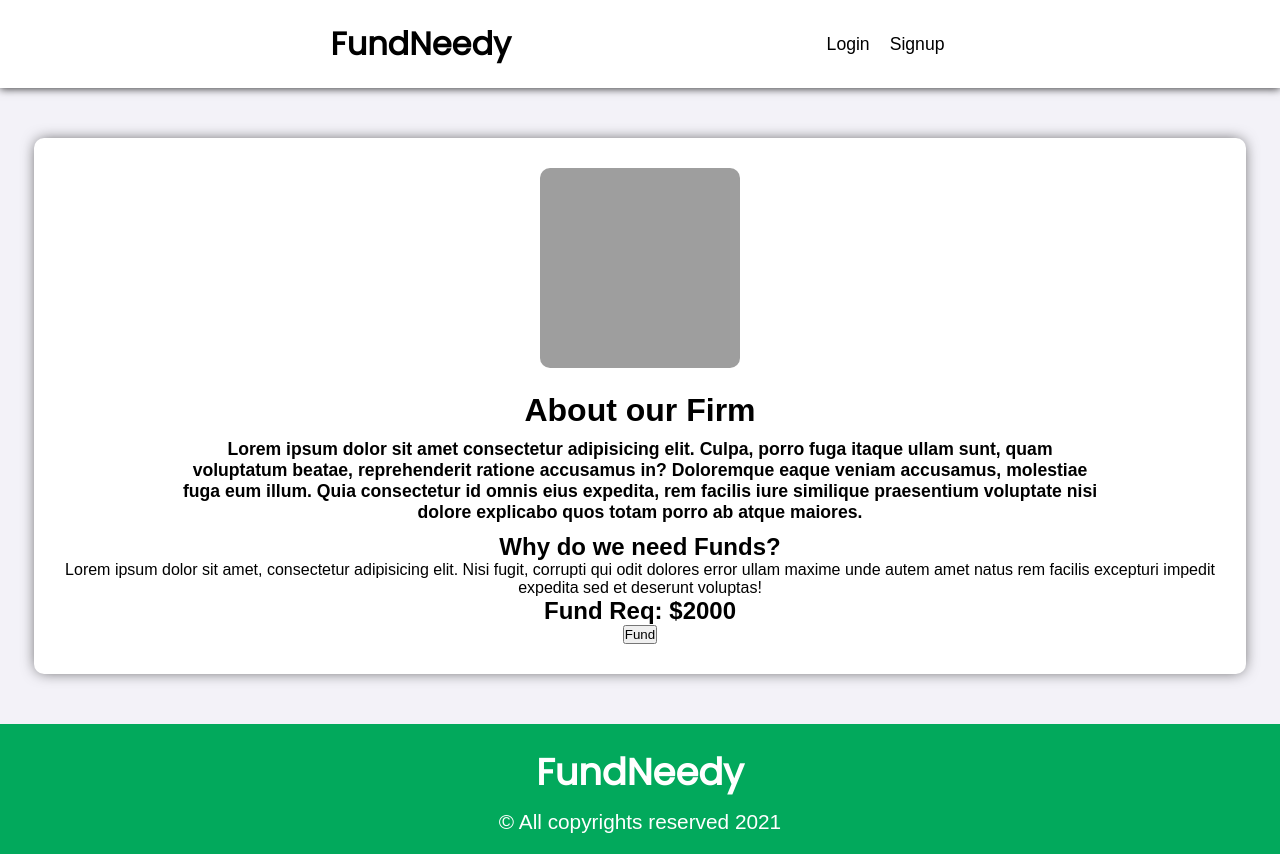
Repository: osdc/codejam
Page: /firmname (app in sassy-sandwiches/fund-needy/)
An editor plug-in stored every save of this project. The page is shown before and after the next save, followed by the edit.
The browser window is 1280 px wide. The pictures show the whole page.
Pictures or frames that could not be fetched are drawn as grey boxes. The project was rebuilt for these pictures with package versions that can differ from the ones it lists, and the page was loaded fresh each time. Also part of the build but not shown: sassy-sandwiches/fund-needy/src/Showcase.css, sassy-sandwiches/fund-needy/src/Showcase.js, sassy-sandwiches/fund-needy/src/Needies.css, sassy-sandwiches/fund-needy/src/Needy.css, sassy-sandwiches/fund-needy/src/Needy.js, sassy-sandwiches/fund-needy/src/Needies.js.

Above is the page before, as saved 2021-01-09 22:21:13.

### sassy-sandwiches/fund-needy/public/index.html
<!DOCTYPE html>
<html lang="en">
  <head>
    <meta charset="utf-8" />
    <link rel="icon" href="%PUBLIC_URL%/favicon.ico" />
    <meta name="viewport" content="width=device-width, initial-scale=1" />
    <meta name="theme-color" content="#000000" />
    <meta
      name="description"
      content="Web site created using create-react-app"
    />
    <link rel="apple-touch-icon" href="%PUBLIC_URL%/logo192.png" />
    <link rel="manifest" href="%PUBLIC_URL%/manifest.json" />
    <title>FundNeedy</title>
  </head>
  <body>
    <noscript>You need to enable JavaScript to run this app.</noscript>
    <div id="root"></div>
  </body>
</html>

### sassy-sandwiches/fund-needy/src/App.js
import React from "react";
import "./App.css";
import Navbar from "./Navbar";
import Showcase from "./Showcase";
import Needies from "./Needies";
import Footer from "./Footer";
import { BrowserRouter as Router, Route, Switch } from "react-router-dom";
import FirmFund from "./FirmFund";

function App() {
  return (
    <div className="App">
      <Router>
        <Navbar />
        <Switch>
          <Route exact path="/" component={Showcase} />
          <Route path="/needies" component={Needies} />
          <Route path="/firmname" component={FirmFund} />
        </Switch>
        <Footer />
      </Router>
    </div>
  );
}

export default App;

### sassy-sandwiches/fund-needy/src/App.css
* {
  margin: 0;
  padding: 0;
  font-family: Arial, Helvetica, sans-serif;
}

body {
  background-color: #f3f2f8;
}

### sassy-sandwiches/fund-needy/src/Navbar.js
import React from "react";
import "./Navbar.css";

function Navbar() {
  return (
    <div className="navbar">
      <div className="navbar_logo">
        <h1>FundNeedy</h1>
      </div>
      <div className="navbar_login_signup">
        <button>Login</button>
        <button>Signup</button>
      </div>
    </div>
  );
}

export default Navbar;

### sassy-sandwiches/fund-needy/src/Footer.js
import React from "react";
import "./Footer.css";

function Footer() {
  return (
    <div className="footer">
      <h1>FundNeedy</h1>
      <p>© All copyrights reserved 2021</p>
    </div>
  );
}

export default Footer;

### sassy-sandwiches/fund-needy/src/FirmFund.js
import React from "react";
import "./FirmFund.css";

function FirmFund() {
  return (
    <div className="firmFund">
      <div className="firmFund_image">
        <img
          src="https://i.pinimg.com/originals/ba/fc/15/bafc1525cef9606c5c064694ca8e60fb.jpg"
          alt=""
        />
      </div>
      <div className="firmFund_about">
        <h2>About our Firm</h2>
        <p>
          Lorem ipsum dolor sit amet consectetur adipisicing elit. Culpa, porro
          fuga itaque ullam sunt, quam voluptatum beatae, reprehenderit ratione
          accusamus in? Doloremque eaque veniam accusamus, molestiae fuga eum
          illum. Quia consectetur id omnis eius expedita, rem facilis iure
          similique praesentium voluptate nisi dolore explicabo quos totam porro
          ab atque maiores.
        </p>
      </div>
      <div className="firmFund_need">
        <h2>Why do we need Funds?</h2>
        <p>
          Lorem ipsum dolor sit amet, consectetur adipisicing elit. Nisi fugit,
          corrupti qui odit dolores error ullam maxime unde autem amet natus rem
          facilis excepturi impedit expedita sed et deserunt voluptas!
        </p>
      </div>
      <div className="firmFund_fund">
        <h2>Fund Req: $2000</h2>
        <button>Fund</button>
      </div>
    </div>
  );
}

export default FirmFund;

### sassy-sandwiches/fund-needy/src/Navbar.css
@import url("https://fonts.googleapis.com/css2?family=Poppins&display=swap");

.navbar {
  display: flex;
  align-items: center;
  justify-content: space-evenly;
  padding: 20px;
  -webkit-box-shadow: 0px 1px 8px 0px rgba(0, 0, 0, 0.75);
  -moz-box-shadow: 0px 1px 8px 0px rgba(0, 0, 0, 0.75);
  box-shadow: 0px 1px 8px 0px rgba(0, 0, 0, 0.75);
  background-color: #fff;
  /* position: sticky; */
  top: 0;
  z-index: 10000;
}

.navbar_logo > h1 {
  font-family: "Poppins", sans-serif;
}

.navbar_login_signup {
  display: flex;
  align-items: center;
  justify-content: space-between;
}

.navbar_login_signup > button:nth-of-type(1) {
  margin-right: 10px;
}

.navbar_login_signup > button {
  padding: 5px;
  font-size: 1.1rem;
  outline: none;
  border: none;
  background-color: #fff;
  cursor: pointer;
  width: 100%;
}

### sassy-sandwiches/fund-needy/src/Footer.css
.footer {
  text-align: center;
  background-color: #02a95c;
  color: #fff;
  padding: 20px;
}

.footer > h1 {
  font-size: 2.3rem;
  font-family: "Poppins";
}

.footer > p {
  font-size: 1.3rem;
  font-weight: 400;
  margin-top: 10px;
}

### sassy-sandwiches/fund-needy/src/FirmFund.css
.firmFund {
  text-align: center;
  background-color: #fff;
  padding: 30px;
  width: 90%;
  margin: auto;
  margin-top: 50px;
  margin-bottom: 50px;
  border-radius: 10px;
  -webkit-box-shadow: 0px 0px 15px -3px rgba(0, 0, 0, 0.75);
  -moz-box-shadow: 0px 0px 15px -3px rgba(0, 0, 0, 0.75);
  box-shadow: 0px 0px 15px -3px rgba(0, 0, 0, 0.75);
}

.firmFund_image > img {
  height: 200px;
  width: 200px;
  border-radius: 10px;
}

.firmFund_about > h2 {
  font-size: 2rem;
  margin-top: 20px;
}

.firmFund_about > p {
  width: 80%;
  margin: auto;
  font-size: 1.1rem;
  font-weight: 600;
  margin-top: 10px;
  margin-bottom: 10px;
}

.firmFund_about {
}

Loaded but not shown: sassy-sandwiches/fund-needy/src/index.js (common file); sassy-sandwiches/fund-needy/src/index.css (common file)

After the next save:
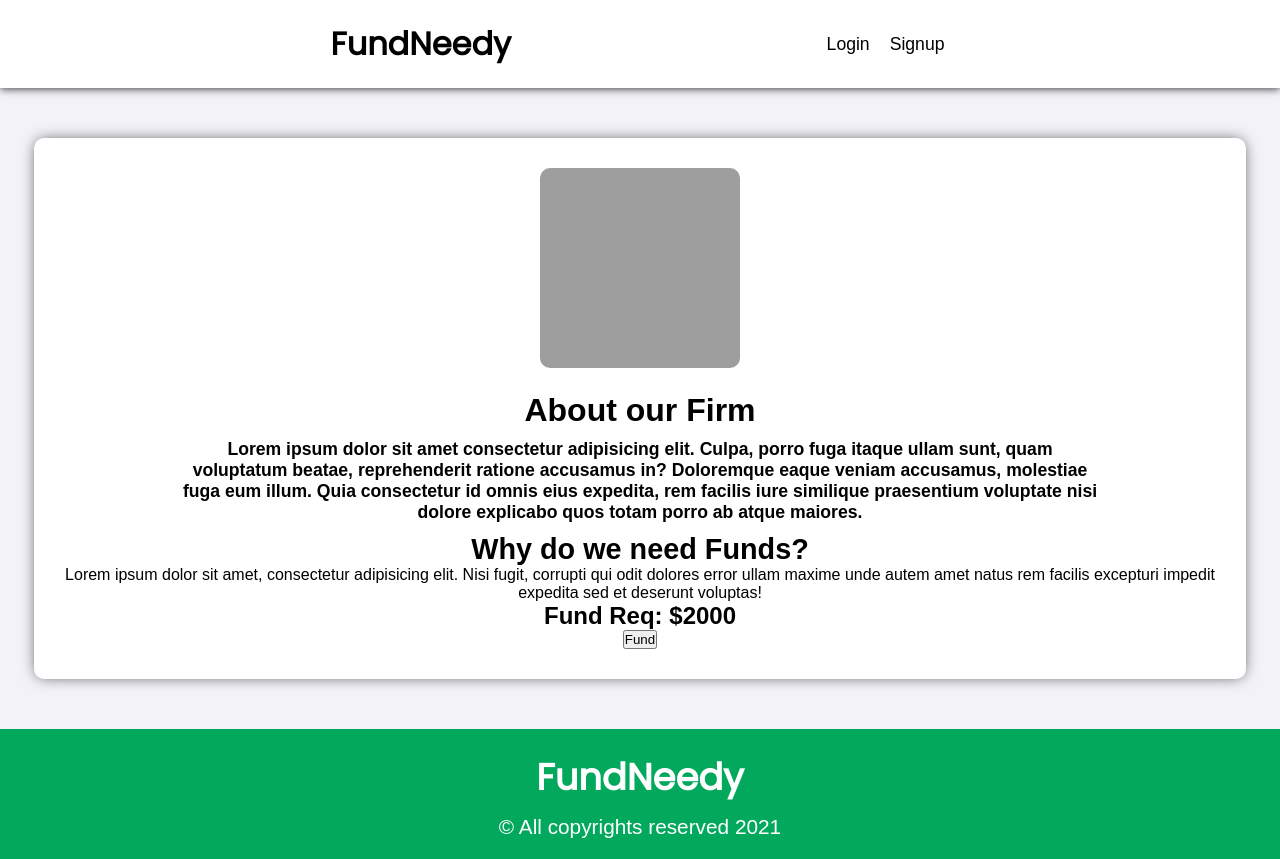
Saved 25 s later.
--- a/sassy-sandwiches/fund-needy/src/FirmFund.css
+++ b/sassy-sandwiches/fund-needy/src/FirmFund.css
@@ -32,5 +32,6 @@
   margin-bottom: 10px;
 }
 
-.firmFund_about {
+.firmFund_need > h2 {
+  font-size: 1.8rem;
 }
